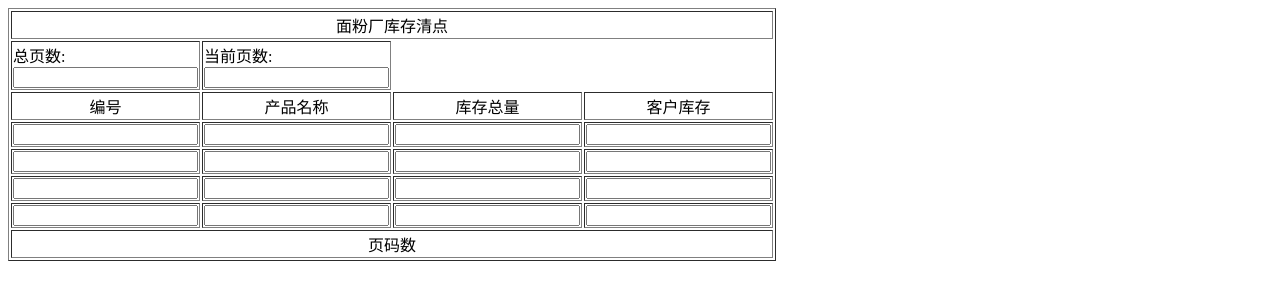
Repository: yuxingyan/OneCrewFlour
Page: http://localhost/Flour/checkflourstore.jsp
An editor plug-in stored every save of this project. The page is shown before and after the next save, followed by the edit.
The browser window is 1280 px wide. The pictures show the whole page.
The page is served by Tomcat 9. Nobody is signed in. The application's start-up code is not run.

Above is the page before, as saved 2018-01-10 09:46:11.

After the next save:
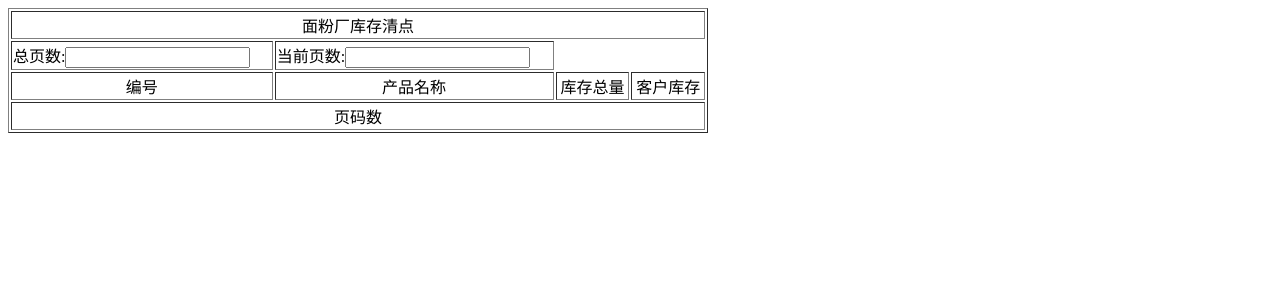
Saved 47 s later.
--- a/Flour/WebRoot/checkflourstore.jsp
+++ b/Flour/WebRoot/checkflourstore.jsp
@@ -40,33 +40,7 @@ String basePath = request.getScheme()+"://"+request.getServerName()+":"+request.
     <td  align="center">客户库存</td>
     </tr>
 
-    <tr>
-    <td><input type="text"/></td>
-    <td><input type="text"/></td>
-    <td><input type="text"/></td>
-    <td><input type="text"/></td>
-    </tr>
 
-  	<tr>
-    <td><input type="text"/></td>
-    <td><input type="text"/></td>
-    <td><input type="text"/></td>
-    <td><input type="text"/></td>
-    </tr>
-
-    <tr>
-    <td><input type="text"/></td>
-    <td><input type="text"/></td>
-    <td><input type="text"/></td>
-    <td><input type="text"/></td>
-    </tr>
-
-    <tr>
-    <td><input type="text"/></td>
-    <td><input type="text"/></td>
-    <td><input type="text"/></td>
-    <td><input type="text"/></td>
-    </tr>
 
     <tr><td  colspan="4" align="center">页码数</td></tr>
 
